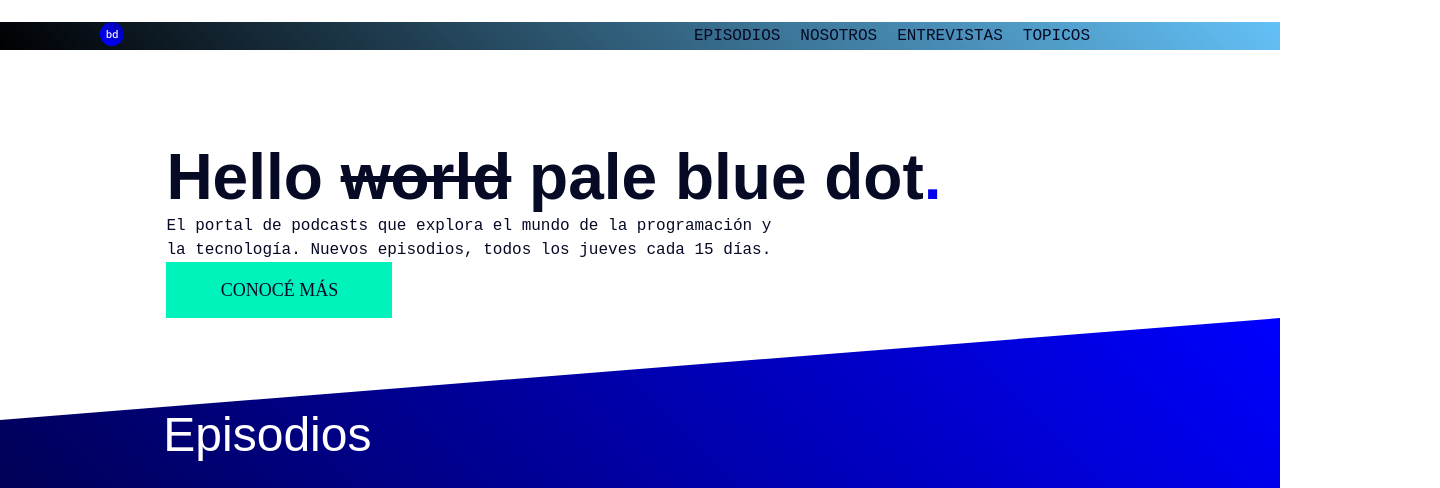
Repository: FedeGA93/podcast
Page: index.html
The author's editor kept a copy of each file at every save. The page is drawn from the files as they stood at one save, then again after the next save.
The browser window is 1280 px wide. The page is 1440 px wide, so the pictures cover 1440 px, including what lies to the right of the window. The pictures show the part of the page from y = 0 to 488 px (the page is 3262 px tall).
Pictures or frames that could not be fetched are drawn as grey boxes. Some web fonts or font styles are not loaded; a fallback is used. Some web libraries are served in a nearby version.

Above is the page before, as saved 2019-11-26 20:46:47.

### index.html
<!DOCTYPE html>
<html lang="es">

<head>
    <meta charset="UTF-8">
    <meta name="viewport" content="width=device-width, initial-scale=1.0">
    <meta http-equiv="X-UA-Compatible" content="ie=edge">
    <title>BlueDot</title>
    <link rel="stylesheet" href="styles/styles.css">
    <link href="https://fonts.googleapis.com/css?family=IBM+Plex+Mono/IBM+Plex+Sans:400,400i,500,600&display=swap"
        rel="stylesheet">
    <link rel="stylesheet" href="https://cdnjs.cloudflare.com/ajax/libs/font-awesome/5.11.2/css/all.css">
    <link rel="shortcut icon" href="images/logo.ico" type="image/x-icon">
    <link rel="icon" href="images/logo.ico" type="image/x-icon">
</head>

<body>
    <header class="estilo-header nav">
        <nav >
            <div class="menu">
                <div>
                    <img src="images/logo.svg" alt="Logo del podcast" class="responsive-logo">
                </div>
                <div>

                    <!-- DEsde acá-->
                    <input type="checkbox" id="transformacion" />
                    <label for="transformacion" class="fija-menu">
                        <span class="barras-negras-hamburger bar1"></span>
                        <span class="barras-negras-hamburger bar2"></span>
                        <span class="barras-negras-hamburger bar3"></span>
                    </label>
                    <!--Hasta acá es lo que tengo que copiar-->
                    <ul class="menu-hijo">
                        <li><a class="color-letras" href="#epi">EPISODIOS</a></li>
                        <li><a class="color-letras" href="#nos">NOSOTROS</a></li>
                        <li><a class="color-letras" href="#ent">ENTREVISTAS</a></li>
                        <li><a class="color-letras" href="#topi">TOPICOS</a></li>
                    </ul>

                </div>
            </div>
        </nav>
    </header>
    <main class="primera-caja">
        <div class="centrado">
            <h1>Hello <s>world</s> pale blue dot<strong class="color-punto">.</strong></h1>
        </div>
        <div class="centrado">
            <p class="parrafos-general">El portal de podcasts que explora el mundo de la programación y <br> la
                tecnología.
                Nuevos episodios, todos los jueves cada 15 días.</p>
        </div>
        <div class="main-child">
            <div>
                <p><a class="btn cnmas" href="#nos">CONOCÉ MÁS</a></p>
            </div>
        </div>
    </main>
    <section>

        <div class="fondo-azul-gradiente sec">

            <div class="corteuno"></div>
            <div class="cortedos"></div>
            <div>
                <p class="color-blanco pad" id="epi">Episodios</p>
            </div>
            <div class="flex-spotify">
                <iframe src="https://open.spotify.com/embed-podcast/show/2ySVrxGkN6n6frMTo9Nsrt"
                    ></iframe>
                <iframe src="https://open.spotify.com/embed-podcast/show/4kYCRYJ3yK5DQbP5tbfZby"
                    ></iframe>
                <iframe src="https://open.spotify.com/embed-podcast/episode/2VHYWRX1mHcZQS89y3z2Xv" ></iframe>
                <iframe src="https://open.spotify.com/embed-podcast/show/2Iibd5A6R7mxkCm4NwNmUn"
                    ></iframe>
            </div>
        </div>
    </section>
    <section>

        <div class="informacion">
            <div>
                <img src="images/phone.png" alt="El podcast en un telefono" class="telefono">
            </div>
            <div>
                <h2 class="color-negro" id="nos">De dónde venimos</h2>

                <p class="parrafos-general limit-text">Our posturings, our imagined self-importance, the delusion that
                    we
                    have some
                    privileged position in the Universe, are challenged by this point of pale light. </p> <br>

                <p class="parrafos-general limit-text">
                    Our planet is a lonely speck in the great enveloping cosmic dark. In our obscurity, in all this
                    vastness, there is no hint that help will come from elsewhere to save us from ourselves.</p>

            </div>
        </div>

    </section>
    <section>
        <h2 class="color-negro paddie" id="ent">
            Invitadas/os Estelares
        </h2>

        <div class="photo-box">
            <img src="images/grace-hopper.png" alt="Foto de Grace Hopper" class="photos">
            <img src="images/Katie-Bouman.png" alt="Foto de Katie Bouman" class="photos">
            <img src="images/Margaret_Hamilton.png" alt="Margaret Hamilton" class="photos">
            <img src="images/computadora1950.png" alt="Una computadora del año 1950" class="photos">
            <img src="images/computadoraprogramable.png" alt="La primera computadora programable del mundo"
                class="photos">
            <img src="images/susan-kare.png" alt="Foto de Susan Kare" class="photos">

        </div>
    </section>
    <section class="top">
        <h2 class="color-negro center-text" id="topi">Algunos de nuestros temas</h2>
        <div>
            <section class="alineado">
                <div>
                    <img src="images/icon1.svg" alt="Una computadora que demuestra el trabajo remoto"
                        class="theme-size">
                    <p class="temas">Trabajo remoto</p>
                </div>
                <div>
                    <img src="images/icon2.svg" alt="Una cabeza pensando" class="theme-size">
                    <p class="temas">Repensando la programación</p>
                </div>

                <div>
                    <img src="images/icon3.svg" alt=" Un libro de código" class="theme-size">
                    <p class="temas">Bases de código</p>
                </div>

                <div>
                    <img src="images/icon4.svg" alt="Logo de seguridad" class="theme-size">
                    <p class="temas">Seguridad informática</p>
                </div>
            </section>
        </div>
    </section>
    <section>
        <div class="fondo-azul-gradiente secfoot">
                <svg xmlns="http://www.w3.org/2000/svg" viewBox="0 0 100 100" preserveAspectRatio="xMidYMid meet" >
                    <polygon fill="white" points="0,0 1440,0 0,85" />
                </svg>
            <div>
                <h2 class="color-blanco center-text">
                    ¿Querés las últimas novedades?
                </h2>
            </div>

            <div>
                <p> <a class="btn ele" href="#epi">ESCUCHÁ LOS EPISODIOS</a> </p>
            </div>

        </div>
    </section>

    <footer>
        <div class="flex-end">
            <h3 class="informacion">© 2019— Hello blue pale dot </h3>
            <div class="sin-deco">
                <a href="https://open.spotify.com/show/6xpiit8aJmwDHk1rKdxmri"><i class="fab fa-spotify"></i></a>
                <a href="https://twitter.com/w3c"> <i class="fab fa-twitter"></i></a>
                <a href="https://www.instagram.com/coding/"><i class="fab fa-instagram"></i></a>
                <a href="https://www.facebook.com/programminggeeks.in/"><i class="fab fa-facebook"></i></a>
            </div>
        </div>
    </footer>
</body>

</html>

### styles/styles.css
* {
  margin: 0;
  padding: 0;
  border: 0;
  box-sizing: content-box;
}

.menu {
  display: flex;
  flex-flow: row;
  justify-content: space-between;
  margin-top:22px;
  padding: 0 190px 0 100px;
  position: static;
  top: 0;
  overflow: hidden;
}
.menu-hijo {
  display: flex;
  flex-flow: row wrap;
  text-decoration: none;
  list-style-type: none;
  justify-content: flex-end;
  text-indent: 20px;

}
.nav{
  position:sticky;
  top:0;
  z-index:1000;
  background-image: linear-gradient(225deg, #13a1f3a8 0%, #000003 100%);
  color: white;
}

.primera-caja {
  display: flex;
  flex-flow: column;
  padding: 7% 13% 0;
}
.centrado {
  justify-content: center;
}
.color-letras:active {
  color: RGBA(6, 10, 36, 0.53);
}
.color-letras:hover {
  color: #00f3bb;
  text-decoration: line-through;
}
.color-letras {
  font-family: "IBM Plex Mono", monospace;
  font-size: 16px;
  color: #060a24;
  letter-spacing: 0;
  line-height: 28px;
  text-decoration: none;
}

h1 {
  font-family: "IBM Plex Sans", sans-serif;
  font-size: 64px;
  color: #060a24;
  letter-spacing: 0;
}
.color-punto {
  font-family: "IBM Plex Sans", sans-serif;
  font-size: 64px;
  color: #0000ec;
  letter-spacing: 0;
}
.parrafos-general {
  font-family: "IBM Plex Mono", monospace;
  font-size: 16px;
  color: #060a24;
  letter-spacing: 0;
  line-height: 24px;
}

input {
  display: none;
}

.sec {
  position: relative;
  width: 100%;
  height: 124vh;
  overflow: hidden;
}
.secfoot {
  display: flex;
  justify-content: center;
  align-items: center;
  flex-direction: column;
  position: relative;
  width: 100%;
  height: 50vh;
  overflow: hidden;
}
.fondo-azul-gradiente {
  background-image: linear-gradient(225deg, #0000ff 0%, #000003 100%);
}

/* Cortes del fondo */
svg {
  position: absolute;
  bottom: 0;
  width: 100%;
  height: auto;

}

.corteuno {
  position: absolute;
  top: 0;
  left: 0;
  border-width: 0 0 8vw 100vw;
  border-style: solid;
  border-color: transparent #fff transparent;
}
.cortedos {
  position: absolute;
  bottom: 0;
  left: 0;
  border-width: 0 0 10vw 100vw;
  border-style: solid;
  border-color: transparent transparent #fff;
}
/* terminan los cortes */
.color-blanco {
  font-family: "IBM Plex Sans", sans-serif;
  font-size: 48px;
  color: #ffffff;
  letter-spacing: 0;
}
.color-negro {
  font-family: "IBM Plex Sans", sans-serif;
  font-size: 48px;
  color: #060a24;
  letter-spacing: 0;
}
.informacion {
  display: flex;
  justify-content: flex-start;
  flex-direction: row;
}

.btn {
  display: flex;
  align-items: center;
  justify-content: center;
  background-color: #00f3bb;
  font-family: "IBMPlexMono", Medium;
  font-size: 18px;
  color: #060a24;
  letter-spacing: 0;
  text-align: center;
  line-height: 24px;
  text-decoration: none;
}
.btn:hover,
.btn:focus {
  background-image: linear-gradient(225deg, #0000fe 0%, #00f0b8 100%);
  color: #ffffff;
}
.cnmas {
  height: 56px;
  width: 226px;
}
.ele {
  width: 345px;
  height: 56px;
}

.flex {
  display: flex;
  flex-direction: row;
  flex-wrap: nowrap;
  justify-content: space-between;
}
.pad {
  padding: 7% 12.76% 0;
}
.flex-spotify {
  display: flex;
  flex-flow: row wrap;
  padding: 2% 8%;
}
.temas {
  font-family: "IBMPlexSans";
  font-weight: 600;
  font-size: 24px;
  color: #060a24;
  letter-spacing: 0;
  text-align: center;
}

.alineado {
  display: flex;
  flex-flow: row;
  justify-content: space-evenly;
  text-align: center;
}
.telefono {
  position: relative;
  top: -311px;
  height: 660px;
  width: 457.6px;
  padding: 200px 64px 0 200px;
}
iframe {
  padding: 0 72px 72px 0;
  position: relative;
  z-index: 1;
  width: 44%;
  height: 232px;
}

.paddie {
  margin: -267px 0 36px 200px;
  z-index: 1;
}
.photos {
  width: 480px;
  height: 364px;
}
.photo-box {
  width: fit-content;
  display: grid;
  grid-template-columns: repeat(3, 0fr);

}
.limit-text {
  width: 54%;
}
.theme-size {
  width: 104px;
  height: 104px;
}
.top {
  margin-top: 5%;
}
.flex-end {
  display: flex;
  flex-direction: row;
  justify-content: space-between;
}
.sin-deco a {
  text-decoration: none;
  color: black;
}
/*
  ***************************************************
    ***********************************************
      ********************************************
        ****************************************
        *****************MOBILE*****************
        ****************************************
      ********************************************
     **********************************************
   **************************************************
 */

@media screen and (max-width: 600px) {
  * {
    margin: 0px;
    padding: 0;
    border: 0;
  }
  .estilo-header {
    padding: 3%;
  }
  .barra-navegadora {
    display: none;
  }
  .menu {
    padding: 0px;
    position: sticky;
  }
  .seccion {
    width: 100%;
  }

  .responsive-logo {
    margin: 2.2% 87.5% 1.2% 2%;
  }
  .menu-hijo {
    display: none;
  }
  .menu-hijo:hover {
    display: block;
  }
  h1 {
    font-family: "IBM Plex Sans", sans-serif;
    font-size: 36px;
    color: #060a24;
    letter-spacing: 0;
    line-height: 42px;
  }

  .parrafos-general {
    font-family: "IBM Plex Mono", monospace;
    font-size: 14px;
    color: #060a24;
    letter-spacing: 0;
    line-height: 22px;
  }
  .color-blanco {
    font-family: "IBM Plex Sans", sans-serif;
    font-size: 36px;
    color: #ffffff;
    letter-spacing: 0;
    line-height: 42px;
  }
  .color-negro {
    font-family: "IBM Plex Sans", sans-serif;
    font-size: 36px;
    color: #060a24;
    letter-spacing: 0;
    line-height: 42px;
  }
  .cnmas {
    height: 48px;
    width: 100%;
  }

  .barras-negras-hamburger {
    display: block;
    width: 33px;
    height: 4px;
    margin-bottom: 5px;
    position: relative;
    background: black;
    border-radius: 3px;
  }
  .sec {
    height: 165vh;
  }
  .secfoot {
    height: 40vh;
  }
  .center-text {
    text-align: center;
  }
  .telefono {
    top: -60px;
    padding: 0 0 0 9%;
    width: 360px;
    height: 519px;
  }
  .photo-box {
    grid-template-columns: repeat(1, 0);
    grid-template-rows: repeat(1, 16.5%);
  }
  .paddie {
    margin: 0;
  }
  .photos {
    height: auto;
    width: 100vw;
  }
  iframe {
    padding: 1%;
    width: auto;
  }
  .informacion {
    flex-direction: column;
  }
  .alineado {
    flex-direction: column;
  }
  .flex-spotify {
    padding: 2% 15%;
  }
  /* A partir de acá es el menu*/

  input[type="checkbox"]:checked ~ label > span.bar1 {
    -webkit-transform: rotate(-45deg) translate(-8px, 6px);
    transform: rotate(-45deg) translate(-8px, 6px);
    transition-delay: 0.1s;
  }
  input[type="checkbox"]:checked ~ label > span.bar2 {
    opacity: 0;
  }
  input[type="checkbox"]:checked ~ label > span.bar3 {
    -webkit-transform: rotate(45deg) translate(-8px, -6px);
    transform: rotate(45deg) translate(-8px, -6px);
    transition-delay: 0.1s;
  }
  input[type="checkbox"]:checked ~ .menu-hijo {
    background-color: blue;
    display: block;
    margin: auto;
    padding: initial;
    z-index: 1000;
    color: #fff;
  }

  input {
    display: none;
  }
  .fija-menu {
    display: block;
    direction: rtl;
  }
  /* hasta acá*/
  svg{
    bottom: 50%;
  }
}

@media screen and (max-width: 349px) {
  .sec {
    width: 129%;
  }
  .photos {
    width: 411px;
  }
  .cnmas {
    width: 100vw;
  }
  .corteuno {
    border-width: 0 0 12vw 158vw;
  }
  .cortedos {
    border-width: 0 0 19vw 129vw;
  }
  .secfoot{
    width: 129vw;
  }
  .top{
    margin-left: 27%;
  }
}
/*
  ***************************************************
    ***********************************************
      ********************************************
        ****************************************
         ***************TABLET*****************
        ****************************************
      ********************************************
     **********************************************
   **************************************************
 */
/*  @media screen and (max-width:601px) {


  } */

After the next save:
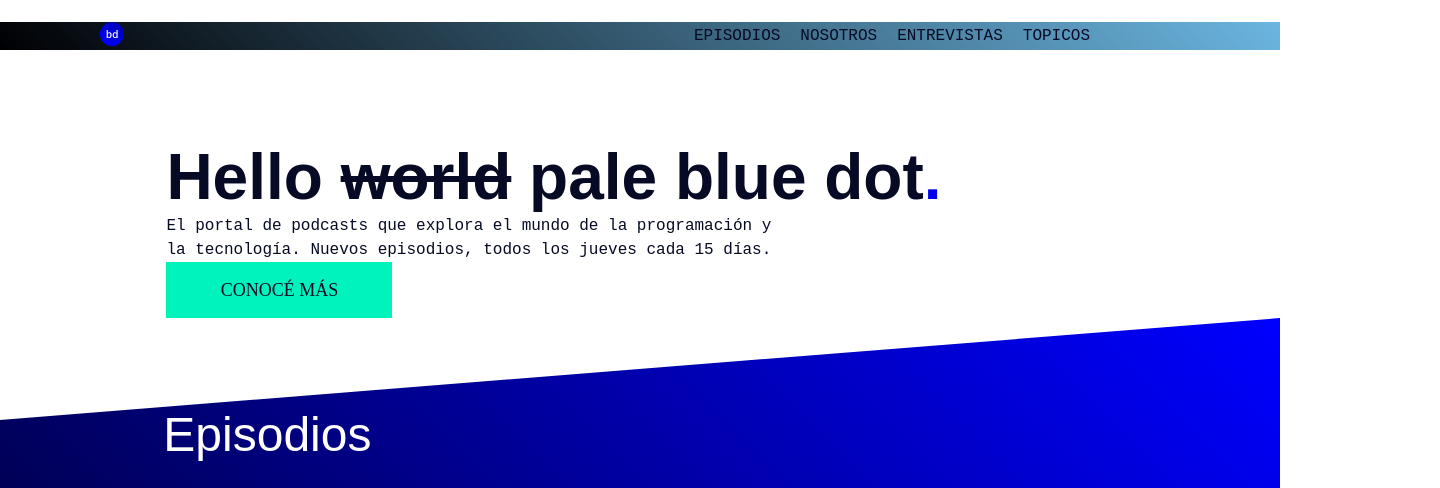
Saved 4 s later.
--- a/styles/styles.css
+++ b/styles/styles.css
@@ -28,7 +28,7 @@
   position:sticky;
   top:0;
   z-index:1000;
-  background-image: linear-gradient(225deg, #13a1f3a8 0%, #000003 100%);
+  background-image: linear-gradient(225deg, #1e90d1a8 0%, #000003 100%);
   color: white;
 }
 
